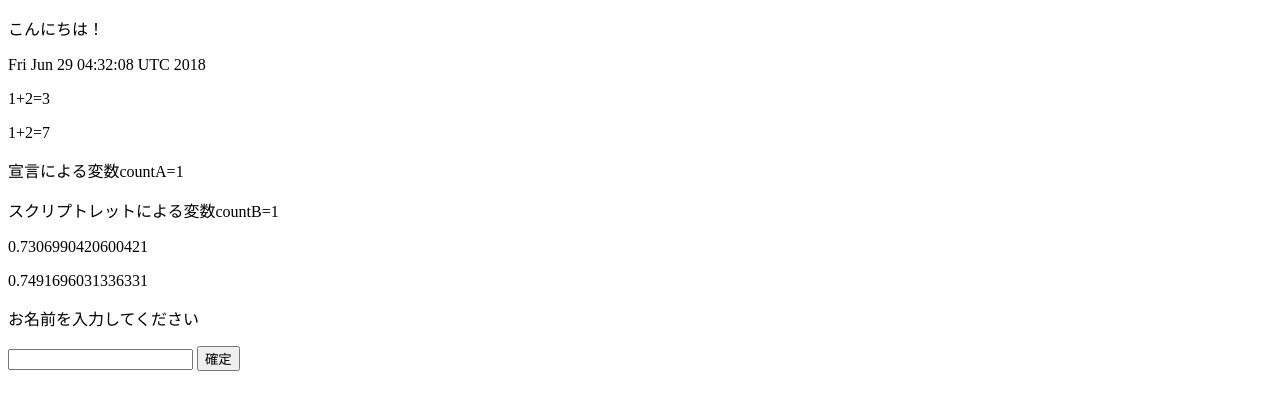
Repository: RyunosukeSaiga0816/test
Page: http://localhost/HelloJSP/
The author's editor kept a copy of each file at every save. The page is drawn from the files as they stood at one save, then again after the next save.
The browser window is 1280 px wide. The pictures show the whole page.
The page is served by Tomcat 9.

Above is the page before, as saved 2018-06-29 05:39:40.

After the next save:
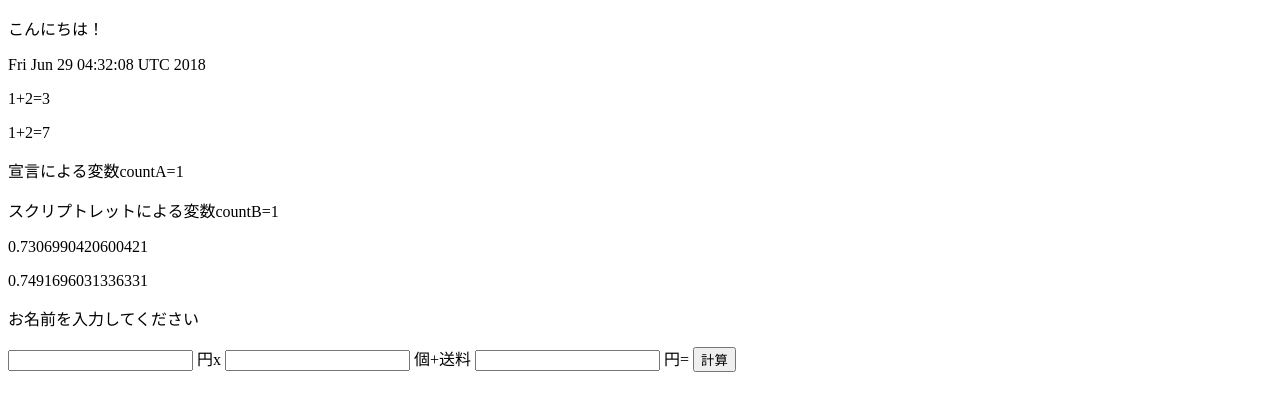
Saved 3 min 32 s later.
--- a/HelloJSP/WebContent/index.jsp
+++ b/HelloJSP/WebContent/index.jsp
@@ -30,9 +30,14 @@
 <p><%=Math.random() %></p>
 
 <p>お名前を入力してください</p>
-<form method="post" action="greeting-out.jsp">
-<input type="text" name="user">
-<input type="submit" value="確定">
+<form method="post" action="total-out.jsp">
+<input type="text" name="price">
+円x
+<input type="text" name="count">
+個+送料
+<input type="text" name="delivery">
+円=
+<input type="submit" value="計算">
 </form>
 </body>
 </html>
